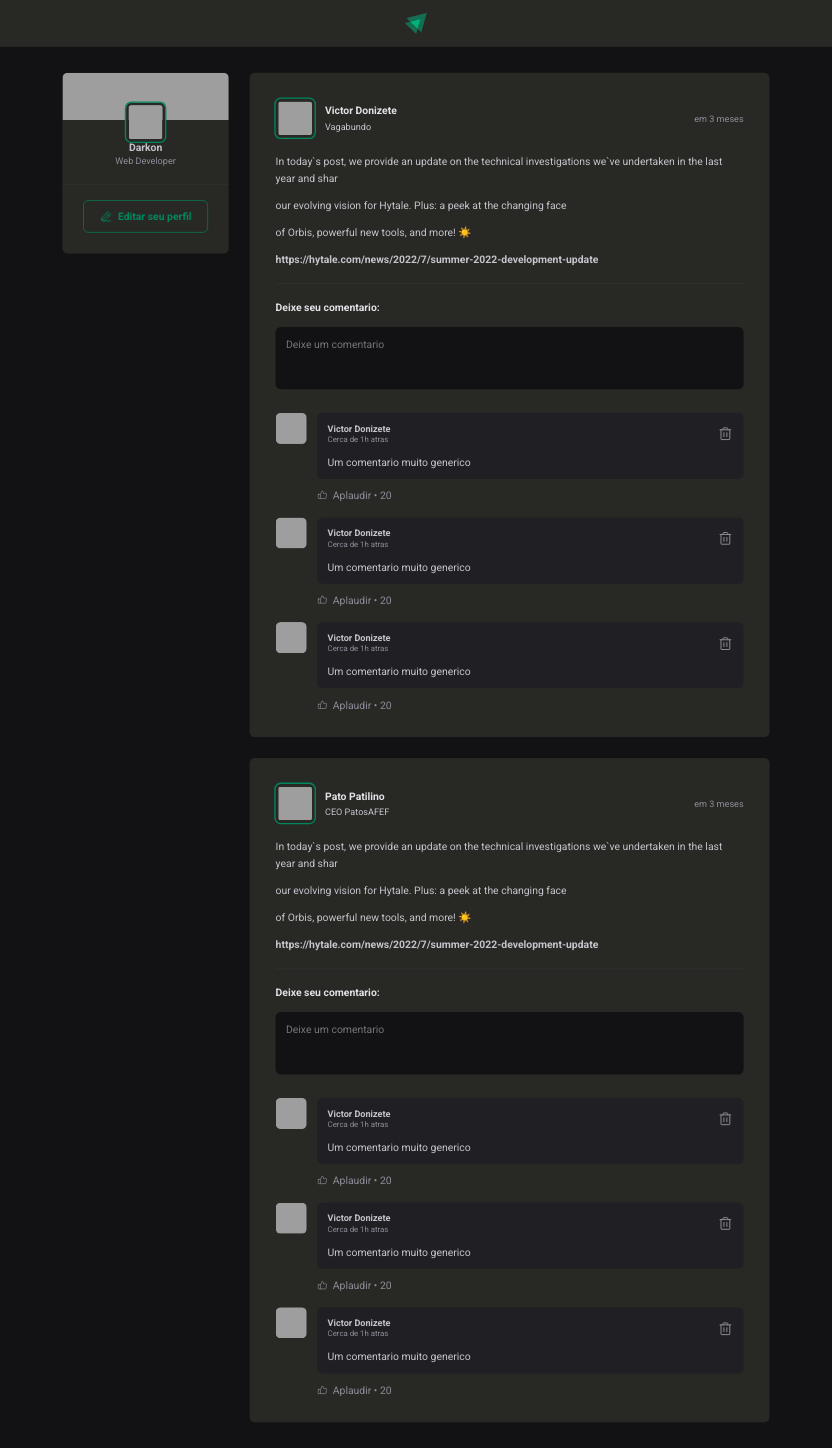
Repository: viviij/PseudoRedeSocial
Page: /
An editor plug-in stored every save of this project. The page is shown before and after the next save, followed by the edit.
The browser window is 1280 px wide. The pictures show the whole page, at 65% of full size.
Pictures or frames that could not be fetched are drawn as grey boxes. The project was rebuilt for these pictures with package versions that can differ from the ones it lists, and the page was loaded fresh each time. Also part of the build but not shown: vite.config.js.

Above is the page before, as saved 2022-10-20 15:13:35.

After the next save:
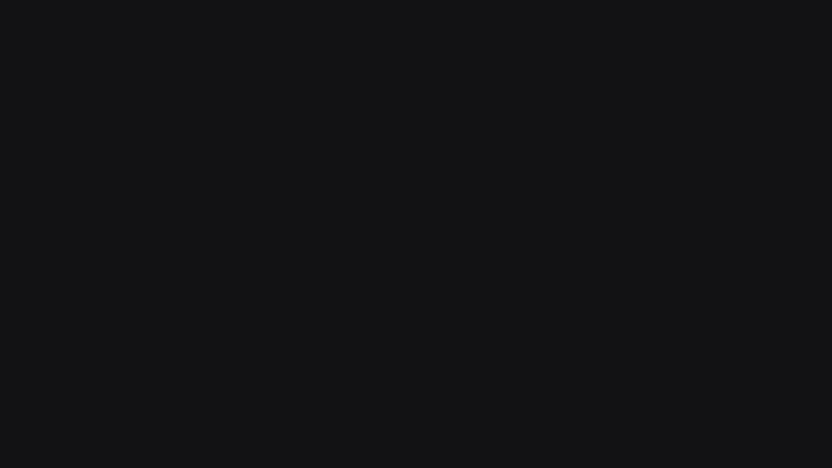
Console error: ReferenceError: useState is not defined
Saved 98 min 26 s later.
--- a/src/components/Post.jsx
+++ b/src/components/Post.jsx
@@ -6,6 +6,11 @@ import { Comment } from "./Comment"
 import styles from "./Post.module.css"
 
 export function Post({ author, publishedAt, content }) {
+
+  const [comments, setComments] = useState([
+    1,
+    2,
+  ])
 
   const publishedDateFormatted = format(publishedAt, "d 'de' LLLL 'às' HH:mm'h'", {
     locale: ptBR,
@@ -18,8 +23,8 @@ export function Post({ author, publishedAt, content }) {
 
   function createNewComment (){
     event.preventDefault()
-    console.log('oi')
 
+    setComments([...comments, comments.lenght + 1])
   }
   return (
     <article className={styles.post}>

After the save that followed:
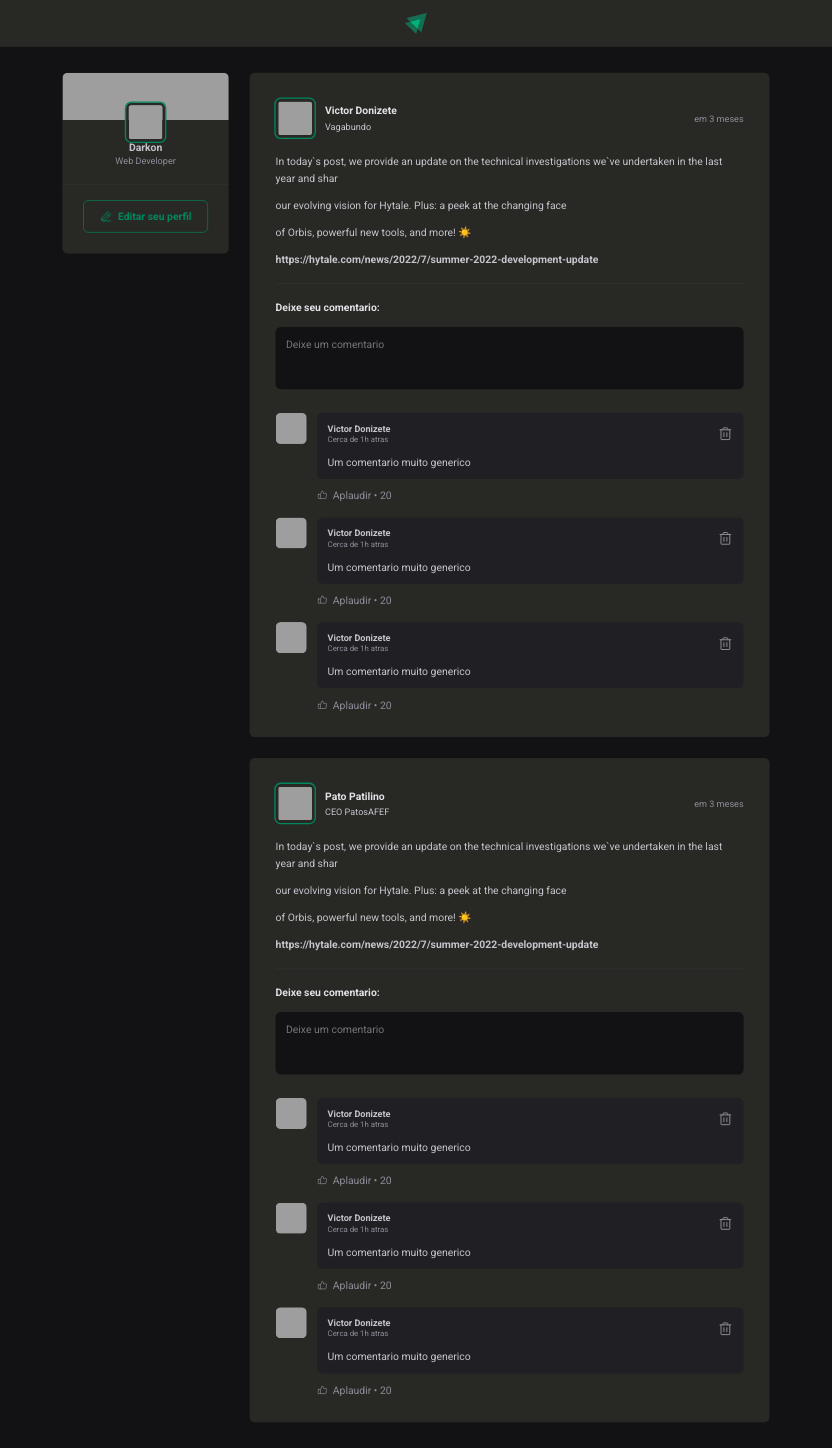
The error is gone.
Saved 91 s later.
--- a/src/components/Post.jsx
+++ b/src/components/Post.jsx
@@ -1,5 +1,6 @@
 import { format, formatDistanceToNow } from 'date-fns'
 import ptBR from 'date-fns/locale/pt-BR'
+import {useState} from 'react'
 
 import { Avatar } from "./Avatar"
 import { Comment } from "./Comment"
